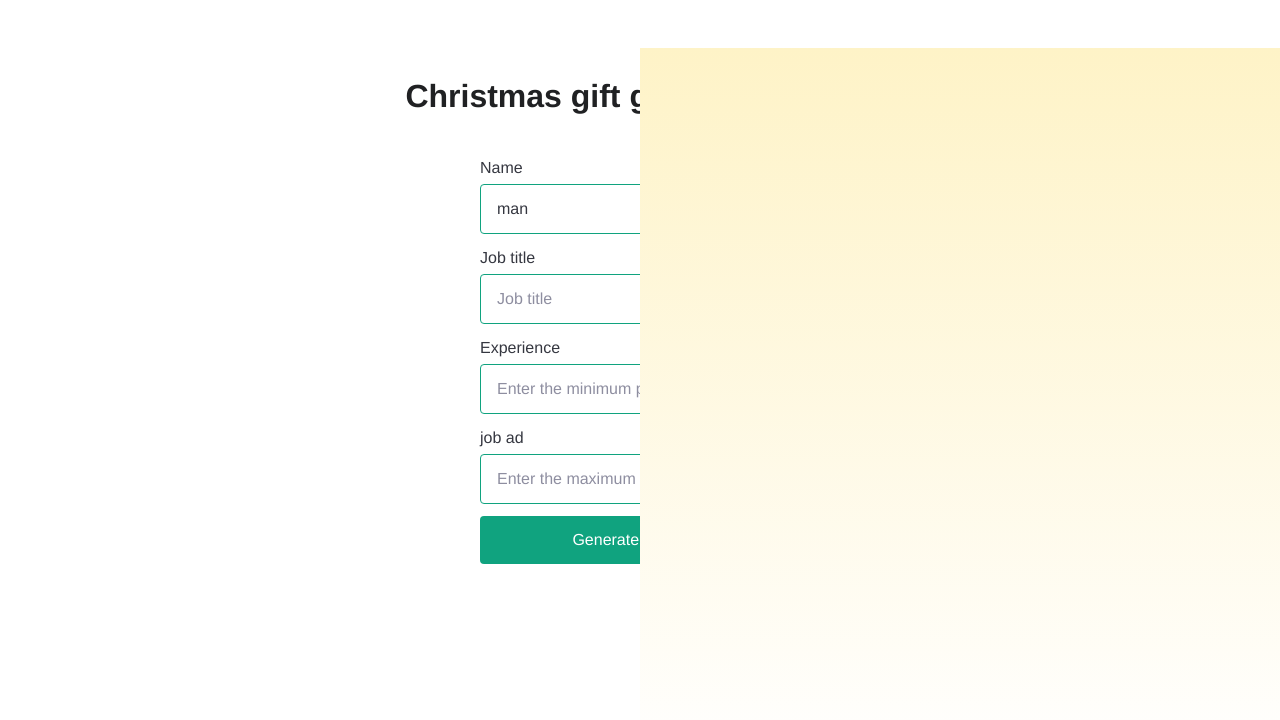
Repository: hamza-mastar/chatgpt-jpbad
Page: /
The author's editor kept a copy of each file at every save. The page is drawn from the files as they stood at one save, then again after the next save.
The browser window is 1280 px wide. The pictures show the whole page.
Some web fonts or font styles are not loaded; a fallback is used. The project was rebuilt for these pictures with package versions that can differ from the ones it lists, and the page was loaded fresh each time. The framework's server and built-in components were replaced by stand-ins that run in the browser.

Above is the page before, as saved 2023-01-30 03:33:41.

After the next save:
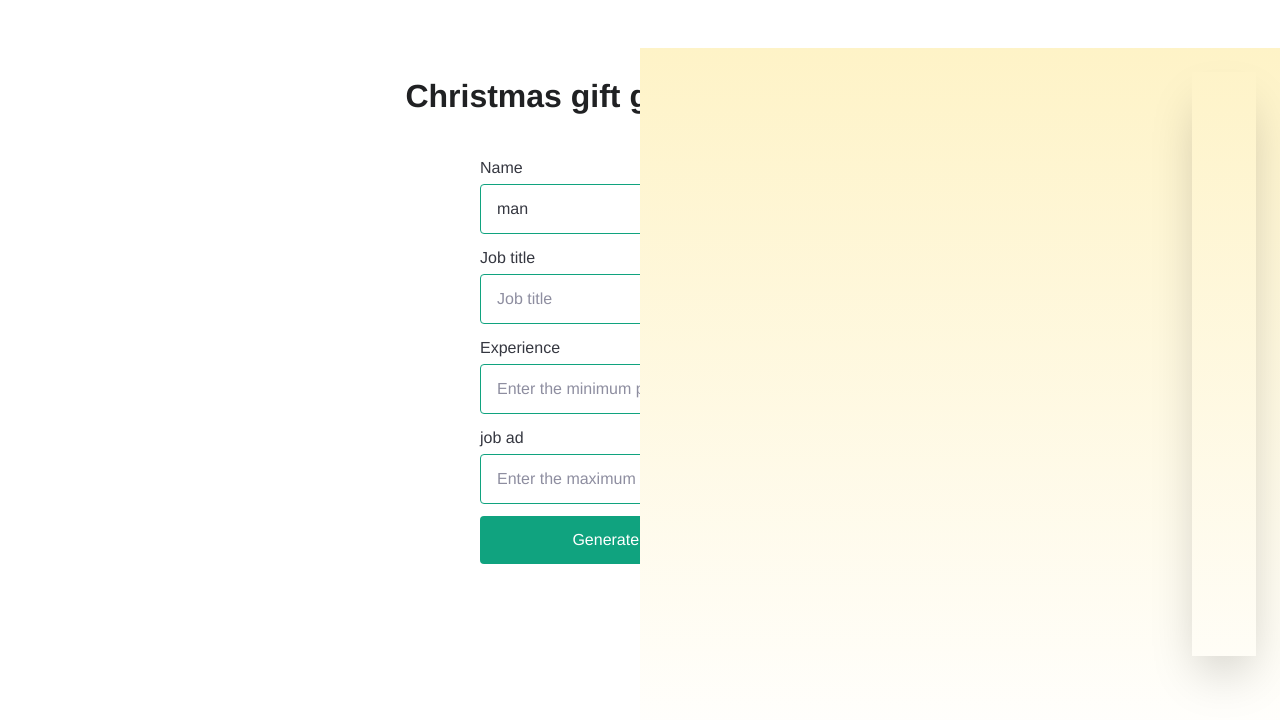
Saved 2 min 4 s later.
--- a/pages/index.js
+++ b/pages/index.js
@@ -104,6 +104,14 @@
         <div className=" relative lg:fixed right-0 bottom-0 lg:block lg:w-1/2 overflow-hidden sm:px-5 lg:h-full h-auto overflow-y-auto top-12">
         <div className="relative lg:fixed right-0 bottom-0 lg:block lg:w-1/2 overflow-hidden sm:px-5 lg:h-full h-auto overflow-y-auto top-12" aria-hidden="true">
         <div className="absolute inset-0 bg-gradient-to-b from-amber-100 to-white pointer-events-none -z-10" aria-hidden="true">
+        <div className="hidden md:block absolute right-0 pointer-events-none -z-10" aria-hidden="true">
+
+
+                    <div className="h-auto">
+                        <div className=" p-6 pb-0 h-[calc(100vh-6rem)]">
+                            <div className="form-textarea relative text-base w-full p-4 px-8 overflow-scroll h-[calc(100%-1rem)] shadow-2xl flex items-center justify-center">
+                                <div className="text-pink-600 font-mono text-left text-base font-semibold absolute top-4 left-4">
+                                    <div className="is-typed">
 
         <div
           className={styles.result}
@@ -114,6 +122,13 @@
         </div>
         </div>
         </div>
+        </div>
+        </div>
+        </div>
+        </div>
+        </div>
+        </div>
+
 
 
 

After the 2 saves that followed:
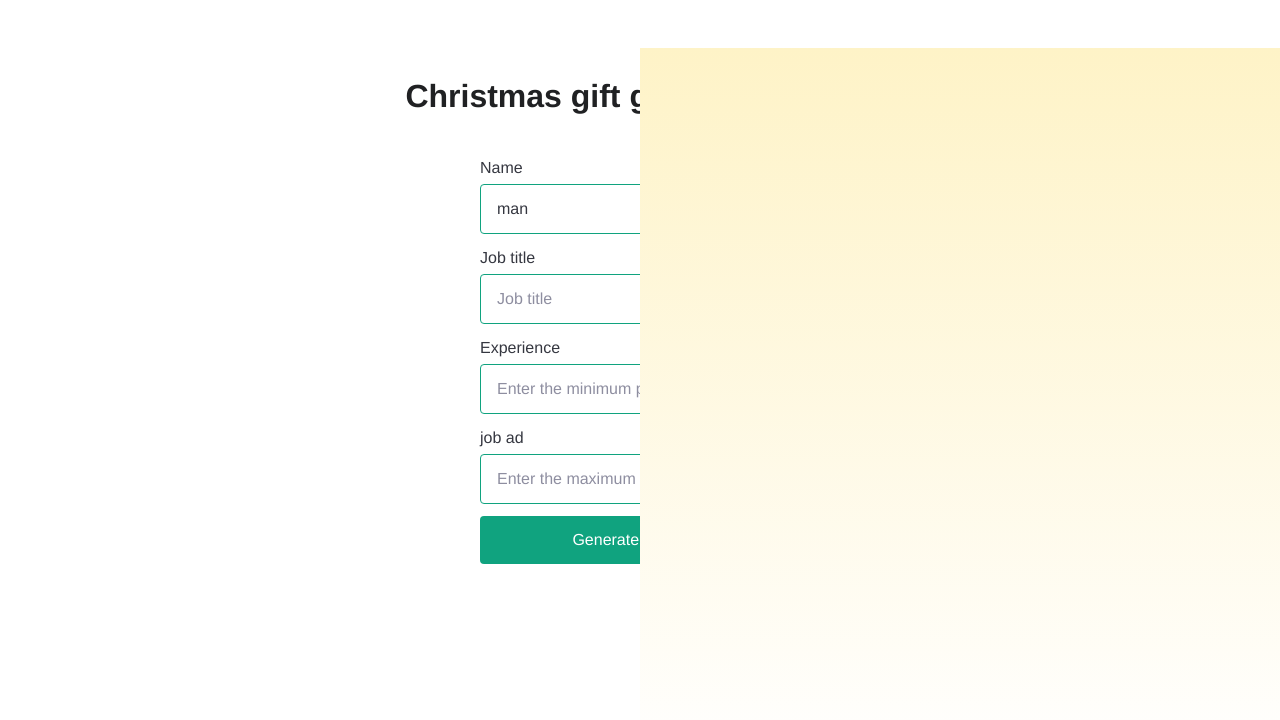
The 2 saves are shown as one change because 1 left the picture as it was.
The last was saved 55 s later.
--- a/pages/index.js
+++ b/pages/index.js
@@ -109,9 +109,8 @@
 
                     <div className="h-auto">
                         <div className=" p-6 pb-0 h-[calc(100vh-6rem)]">
-                            <div className="form-textarea relative text-base w-full p-4 px-8 overflow-scroll h-[calc(100%-1rem)] shadow-2xl flex items-center justify-center">
-                                <div className="text-pink-600 font-mono text-left text-base font-semibold absolute top-4 left-4">
-                                    <div className="is-typed">
+
+
 
         <div
           className={styles.result}
@@ -125,9 +124,8 @@
         </div>
         </div>
         </div>
-        </div>
-        </div>
-        </div>
+
+
 
 
 
